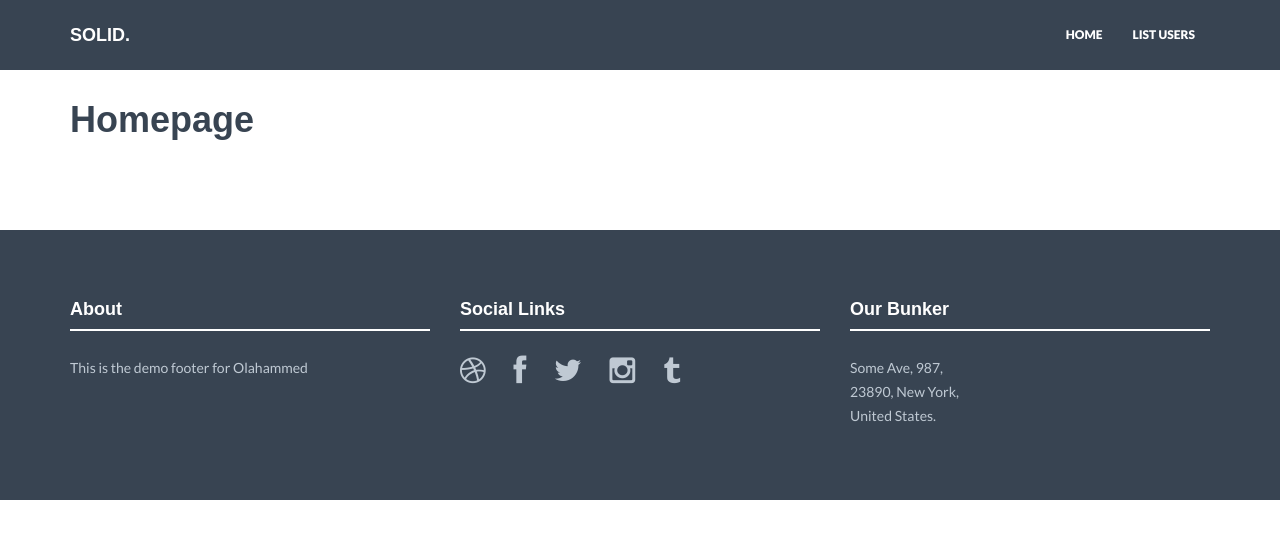
Repository: RedOx98/eclipse-workspace
Page: http://localhost/SessionsContinued/adduser.jsp
The author's editor kept a copy of each file at every save. The page is drawn from the files as they stood at one save, then again after the next save.
The browser window is 1280 px wide. The pictures show the whole page.
Some web fonts or font styles are not loaded; a fallback is used. Some web libraries are served in a nearby version. The page is served by Tomcat 10. Other server files are loaded and not shown. The template is opened directly, without the code that normally fills it, so the values that code supplies are empty.

Above is the page before, as saved 2024-05-29 06:13:59.

### SessionsContinued/src/main/webapp/adduser.jsp


<jsp:include page="include/header.jsp"/>

<h1>Homepage</h1>



<jsp:include page="include/footer.jsp"/>

### SessionsContinued/src/main/webapp/include/header.jsp
<!DOCTYPE html>
<html lang="en">
  <head>
    <meta charset="utf-8">

    <%-- ${param.titlePage} --%>
    <%

    if(request.getAttribute("title") == null){
    	out.print(" <title>Homepage</title>");
    } else{
    	out.print("<title>"+request.getAttribute("title")+"</title>");
    };

    %>

    <meta http-equiv="X-UA-Compatible" content="IE=edge">
    <meta name="viewport" content="width=device-width, initial-scale=1">
    <meta name="description" content="">
    <meta name="author" content="">
    <link rel="shortcut icon" href="assets/ico/favicon.ico">

    <!-- Bootstrap core CSS -->
    <link href="assets/css/bootstrap.css" rel="stylesheet">

    <!-- Custom styles for this template -->
    <link href="assets/css/style.css" rel="stylesheet">
    <link href="assets/css/font-awesome.min.css" rel="stylesheet">


    <!-- Just for debugging purposes. Don't actually copy this line! -->
    <!--[if lt IE 9]><script src="../../assets/js/ie8-responsive-file-warning.js"></script><![endif]-->

    <!-- HTML5 shim and Respond.js IE8 support of HTML5 elements and media queries -->
    <!--[if lt IE 9]>
      <script src="https://oss.maxcdn.com/libs/html5shiv/3.7.0/html5shiv.js"></script>
      <script src="https://oss.maxcdn.com/libs/respond.js/1.4.2/respond.min.js"></script>
    <![endif]-->

    <script src="assets/js/modernizr.js"></script>
  </head>

  <body>

    <!-- Fixed navbar -->
    <div class="navbar navbar-default navbar-fixed-top" role="navigation">
      <div class="container">
        <div class="navbar-header">
          <button type="button" class="navbar-toggle" data-toggle="collapse" data-target=".navbar-collapse">
            <span class="sr-only">Toggle navigation</span>
            <span class="icon-bar"></span>
            <span class="icon-bar"></span>
            <span class="icon-bar"></span>
          </button>
          <a class="navbar-brand" href="index.html">SOLID.</a>
        </div>
        <div class="navbar-collapse collapse navbar-right">
          <ul class="nav navbar-nav">
            <li><a href="<%=request.getContextPath()%>/home?page=home">HOME</a></li>
            <li><a href="<%=request.getContextPath()%>/home?page=listusers">LIST USERS</a></li>
            <!-- <li class="dropdown">
              <a href="#" class="dropdown-toggle" data-toggle="dropdown">PAGES <b class="caret"></b></a>
              <ul class="dropdown-menu">
                <li><a href="blog.html">BLOG</a></li>
                <li><a href="single-post.html">SINGLE POST</a></li>
                <li><a href="portfolio.html">PORTFOLIO</a></li>
                <li><a href="single-project.html">SINGLE PROJECT</a></li>
              </ul>
            </li> -->
          </ul>
        </div><!--/.nav-collapse -->
      </div>
    </div>




	 <div class="container mtb">
	 	<div class="row">
	 		<div class="col-lg-8">

### SessionsContinued/src/main/webapp/include/footer.jsp
</div>
</div>
</div>


	 <div id="footerwrap">
        <div class="container">
            <div class="row">
                <div class="col-lg-4">
                    <h4>About</h4>
                    <div class="hline-w"></div>
                    <p>This is the demo footer for Olahammed</p>
                </div>
                <div class="col-lg-4">
                    <h4>Social Links</h4>
                    <div class="hline-w"></div>
                    <p>
                        <a href="#"><i class="fa fa-dribbble"></i></a>
                        <a href="#"><i class="fa fa-facebook"></i></a>
                        <a href="#"><i class="fa fa-twitter"></i></a>
                        <a href="#"><i class="fa fa-instagram"></i></a>
                        <a href="#"><i class="fa fa-tumblr"></i></a>
                    </p>
                </div>
                <div class="col-lg-4">
                    <h4>Our Bunker</h4>
                    <div class="hline-w"></div>
                    <p>
                        Some Ave, 987,<br/>
                        23890, New York,<br/>
                        United States.<br/>
                    </p>
                </div>

            </div><! --/row -->
        </div><! --/container -->
    </div><! --/footerwrap -->

   <script src="https://ajax.googleapis.com/ajax/libs/jquery/1.11.0/jquery.min.js"></script>
   <script src="assets/js/bootstrap.min.js"></script>
   <script src="assets/js/retina-1.1.0.js"></script>
   <script src="assets/js/jquery.hoverdir.js"></script>
   <script src="assets/js/jquery.hoverex.min.js"></script>
   <script src="assets/js/jquery.prettyPhoto.js"></script>
     <script src="assets/js/jquery.isotope.min.js"></script>
     <script src="assets/js/custom.js"></script>


 </body>
</html>

### SessionsContinued/src/main/webapp/assets/css/style.css
/*	################################################################

	Author: Carlos Alvarez
	URL: http://alvarez.is

	Project Name: SOLID - Bootstrap 3 Theme
	Version: 1.0
	URL: http://alvarez.is

################################################################# */
@import url(http://fonts.googleapis.com/css?family=Raleway:400,700,900);
@import url(http://fonts.googleapis.com/css?family=Lato:400,900);
@import url("prettyPhoto.css") screen;
@import url("hoverex-all.css") screen;

/*	################################################################
	1. GENERAL STRUCTURES
################################################################# */
	* {
		margin: 0;
		padding: 0px;
	}

body {
	background: #ffffff;
	margin: 0;
	height: 100%;
	color: #384452;
	font-family: 'Lato', sans-serif;
	font-weight: 400;
	}

h1, h2, h3, h4, h5, h6 {
	font-family: 'Raleway', sans-serif;
	font-weight: 700;
}

p {
	padding: 0;
	margin-bottom: 12px;
	font-family: 'Lato', sans-serif;
	font-weight: 400;
	font-size: 14px;
	line-height: 24px;
	color: #384452;
	margin-top: 10px;
}

img {
	height: auto;
	max-width: 100%;
}

a {
	padding: 0;
	margin: 0;
	text-decoration: none;
	-webkit-transition: background-color .4s linear, color .4s linear;
	-moz-transition: background-color .4s linear, color .4s linear;
	-o-transition: background-color .4s linear, color .4s linear;
	-ms-transition: background-color .4s linear, color .4s linear;
	transition: background-color .4s linear, color .4s linear;
}
a:hover,
a:focus {
  text-decoration: none;
  color:#01b2fe;
}

::-moz-selection  {
	color: #fff;
	text-shadow:none;
	background:#2B2E31;
}
::selection {
	color: #fff;
	text-shadow:none;
	background:#2B2E31;
}

.centered {
	text-align: center
}

/*	################################################################
	BOOTSTRAP MODIFICATIONS & TWEAKS
################################################################# */
.navbar {
	min-height: 70px;
	padding-top: 10px;
	margin-bottom: 0px;
}

.navbar-brand {
	font-family: 'Raleway', sans-serif;
	font-weight: 900;
}

.navbar-header .navbar-brand {
	color: white;
}

.navbar-default .navbar-nav > li > a {
	color: white;
	font-weight: 700;
	font-size: 12px;
}

.navbar-default .navbar-nav > li > a:hover {
	color: #00b3fe;
}

.navbar-default .navbar-nav > .active > a, .navbar-default .navbar-nav > .active > a:hover, .navbar-default .navbar-nav > .active > a:focus {
	color: #00b3fe;
	background-color: transparent;
}

.navbar-default {
	background-color: #384452;
	border-color: transparent;
}

.dropdown-menu {
	background: #384452;
}

.dropdown-menu > li > a {
	color: white;
	font-weight: 700;
	font-size: 12px;
}

.btn-theme {
  color: #fff;
  background-color: #384452;
  border-color: #384452;
  margin: 4px;
}
.btn-theme:hover,
.btn-theme:focus,
.btn-theme:active,
.btn-theme.active,
.open .dropdown-toggle.btn-theme {
  color: #fff;
  background-color: #00b3fe;
  border-color: #00b3fe;
}

.dmbutton:hover,
.dmbutton:active,
.dmbutton:focus{
	color: #ffffff;
	background-color: #222222;
	border-color: #ffffff;
}
.dmbutton {
	background:rgba(0, 0, 0, 0);
	border: 1px solid #ffffff;
	color: #ffffff;
	-webkit-border-radius: 2px;
	border-radius: 2px;
	padding-top: 1.025rem;
	padding-right: 2.25rem;
	letter-spacing:0.85px;
	padding-bottom: 1.0875rem;
	padding-left: 2.25rem;
	font-size: 1.55rem;
	cursor: pointer;
	font-weight: normal;
	line-height: normal;
	margin: 0 0 1.25rem;
	text-decoration: none;
	text-align: center;
	display: inline-block;
	-webkit-transition: background-color 300ms ease-out;
	-moz-transition: background-color 300ms ease-out;
	transition: background-color 300ms ease-out;
	-webkit-appearance: none;
	font-weight: normal !important;
}

.mtb {
	margin-top: 80px;
	margin-bottom: 80px;
}

.mb {
	margin-bottom: 60px;
}

.mt {
	margin-top: 60px;
}

.hline {
	border-bottom: 2px solid #384452;
}

.hline-w {
	border-bottom: 2px solid #ffffff;
	margin-bottom: 25px;
}
/*	################################################################
	SITE WRAPS
################################################################# */

#headerwrap {
	background-color: #00b3fe;
	min-height: 550px;
	padding-top: 100px;
	padding-bottom: 0px;
	text-align: center;
}

#headerwrap h3, h5 {
	color: white;
	font-weight: 400;
}

#headerwrap h1 {
	color: white;
	margin-bottom: 25px;
}

#headerwrap .img-responsive {
	margin: 0 auto;
}

/* Services Wrap */
#service {
	margin-top: 100px;
	margin-bottom: 80px;
}

#service i {
	color: #00b3fe;
	font-size: 60px;
	padding: 15px;
}

/* Portfolio Wrap */
#portfoliowrap {
	padding-top: 60px;
	margin-bottom: 60px;
	display: block;
	text-align: center
}

#portfoliowrap h3 {
	margin-bottom: 25px;
}

.portfolio {
	padding:0 !important;
	margin:0 !important;
	display:block;
}


.portfolio-item .title:before {border-radius:0; display:none}
.portfolio-item p {margin:0px 0 30px;}
.portfolio-item h3 {margin:-10px 0 10px; font-size:16px; text-transform:uppercase;}


.tpl6 h3
{
	color:#fff;
	margin:0;
	padding:40px 5px 0;
	font-size:16px;
	text-transform:uppercase;
}
.tpl6 .dmbutton
{
	display:inline-block;
	margin:30px 5px 20px 5px;
	font-size:13px;
}

.tpl6 .bg
{
	height:100%;
	width:100%;
	background-color:#00b3fe;
	background-color:rgba(0,179,254,.9);
	text-align:center;
}

/* Testimonials Wrap */
#twrap {
	background: url(../img/t-back.jpg) no-repeat center top;
	margin-top: 0px;
	padding-top:60px;
	text-align:center;
	background-attachment: relative;
	background-position: center center;
	min-height: 450px;
	width: 100%;

    -webkit-background-size: 100%;
    -moz-background-size: 100%;
    -o-background-size: 100%;
    background-size: 100%;

    -webkit-background-size: cover;
    -moz-background-size: cover;
    -o-background-size: cover;
    background-size: cover;
}

#twrap i {
	font-size: 50px;
	color: white;
	margin-bottom: 25px;
}

#twrap p {
	color: white;
	font-size: 15px;
	line-height: 30px;
}

/* clients logo */
#cwrap {
	background: #f7f7f7;
	margin-top: 0px;
	padding-top: 80px;
	padding-bottom: 100px;
}

#cwrap h3 {
	margin-bottom: 60px;
}

/* Footer */
#footerwrap {
	padding-top: 60px;
	padding-bottom: 60px;
	background: #384452;
}

#footerwrap p {
	color: #bfc9d3;
}

#footerwrap h4 {
	color: white;
}

#footerwrap i {
	font-size: 30px;
	color: #bfc9d3;
	padding-right: 25px;
}

#footerwrap i:hover {
	color: #00b3fe
}

/*	################################################################
	PAGE CONFIGURATIONS
################################################################# */
/* General Tweaks */

#blue {
	background: #00b3fe;
	margin-top: 60px;
	margin-bottom: 60px;
	padding-top: 25px;
	padding-bottom: 25px;
}

#blue h3 {
	color: white;
	margin-left: 15px;
}

.ctitle {
	color: #00b3fe;
	font-weight: 700;
	margin-bottom: 15px;
}

csmall {
	font-size: 12px;
	color: #b3b3b3;
}
csmall2 {
	font-size: 12px;
	color: #f39c12
}

.spacing {
	margin-top: 40px;
	margin-bottom: 40px;
}

.badge-theme {
	background: #00b3fe;
}

/* Contact Page */
#contactwrap {
	background: url(../img/contact.jpg) no-repeat center top;
	margin-top: -60px;
	padding-top:0px;
	text-align:center;
	background-attachment: relative;
	background-position: center center;
	min-height: 400px;
	width: 100%;

    -webkit-background-size: 100%;
    -moz-background-size: 100%;
    -o-background-size: 100%;
    background-size: 100%;

    -webkit-background-size: cover;
    -moz-background-size: cover;
    -o-background-size: cover;
    background-size: cover;
}

/* Blog Page */
.popular-posts {
	margin: 0px;
	padding-left: 0px;
	}

.popular-posts li {
	list-style: none;
	margin-bottom: 20px;
	min-height: 70px;
}
.popular-posts li a,
.popular-posts li a:hover {
	color:#2f2f2f;
	text-decoration: none;
	}

.popular-posts li img {
	float: left;
	margin-right: 20px;
	}

.popular-posts li em {
	font-family: 'Lato', sans-serif;
	font-size: 12px;
	color: #b3b3b3
	}

.popular-posts p {
	line-height: normal;
	margin-bottom: auto;
}

.share i {
	padding-right: 15px;
	font-size: 18px;
}

Loaded but not shown: SessionsContinued/src/main/webapp/assets/css/bootstrap.css (library); SessionsContinued/src/main/webapp/assets/css/font-awesome.min.css (library); SessionsContinued/src/main/webapp/assets/js/bootstrap.min.js (library); SessionsContinued/src/main/webapp/assets/js/jquery.hoverdir.js (library); SessionsContinued/src/main/webapp/assets/js/jquery.hoverex.min.js (library); SessionsContinued/src/main/webapp/assets/js/jquery.prettyPhoto.js (library); SessionsContinued/src/main/webapp/assets/js/jquery.isotope.min.js (library); SessionsContinued/src/main/webapp/assets/js/custom.js (common file); SessionsContinued/src/main/webapp/assets/js/retina-1.1.0.js (151 lines, source omitted); SessionsContinued/src/main/webapp/assets/css/hoverex-all.css (2838 lines, source omitted); SessionsContinued/src/main/webapp/assets/css/prettyPhoto.css (170 lines, source omitted)

After the next save:
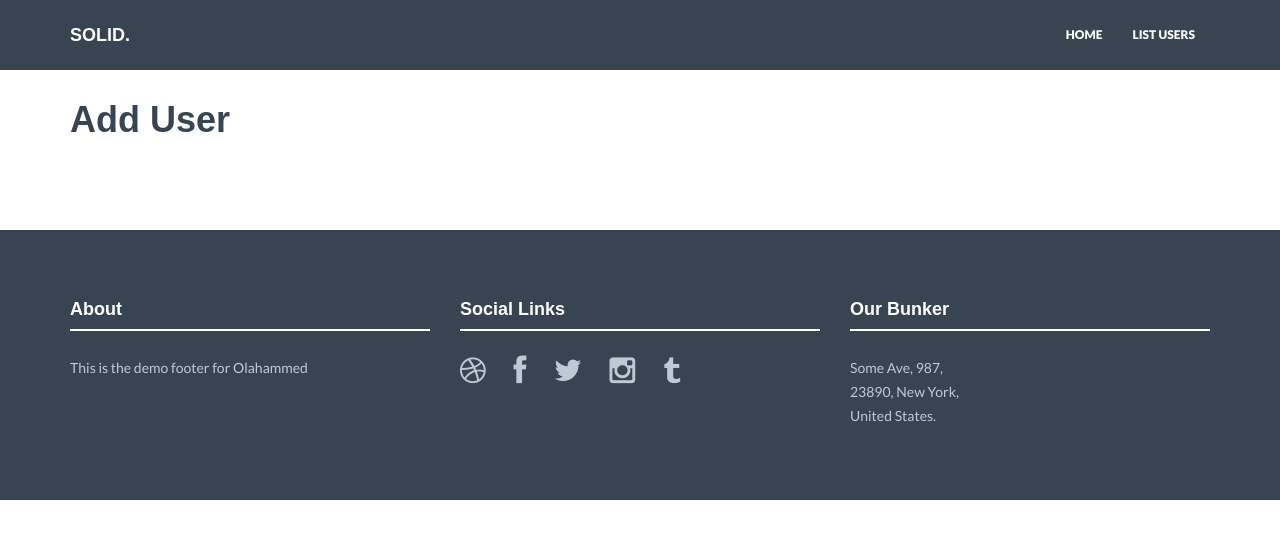
Saved 3 min 5 s later.
--- a/SessionsContinued/src/main/webapp/adduser.jsp
+++ b/SessionsContinued/src/main/webapp/adduser.jsp
@@ -1,8 +1,12 @@
+
 
 
 <jsp:include page="include/header.jsp"/>
 
-<h1>Homepage</h1>
+<h1>Add User</h1>
+
+<form action="${pageContext.request.contextPath} }/home" method="post">
+</form>
 
 
 
